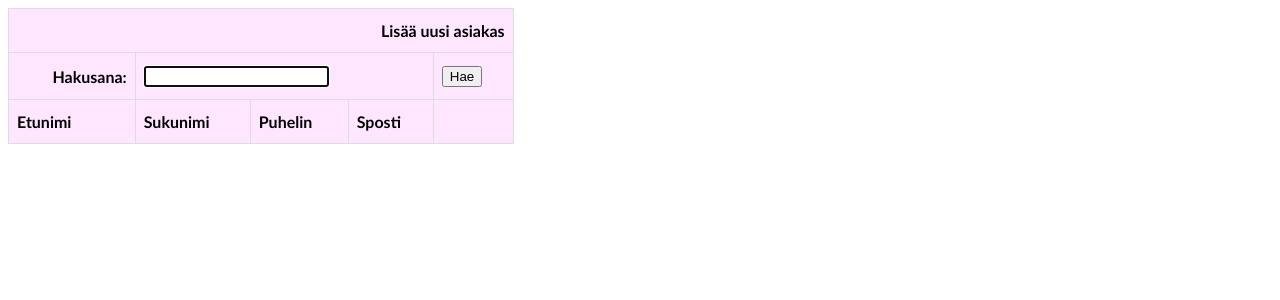
Repository: santraaj/etatehtava_7
Page: http://localhost/Asiakkaat/listaaasiakkaat.jsp
The author's editor kept a copy of each file at every save. The page is drawn from the files as they stood at one save, then again after the next save.
The browser window is 1280 px wide. The pictures show the whole page.
The page is served by Tomcat 9. Other server files are loaded and not shown.

Above is the page before, as saved 2020-05-18 16:11:40.

### Asiakkaat/WebContent/listaaasiakkaat.jsp
<%@ page language="java" contentType="text/html; charset=ISO-8859-1"
    pageEncoding="ISO-8859-1"%>
<!DOCTYPE html>
<html>
<head>
<meta charset="ISO-8859-1">
<script src="https://ajax.googleapis.com/ajax/libs/jquery/3.4.1/jquery.min.js"></script>
<link rel = "stylesheet" type = "text/css" href = "css/main.css">
<title>Asiakaslistaus</title>
</head>
<body>
<table id = "listaus">
	<thead>
		<tr>
			<th colspan = "5" class = "oikealle"><span id = "uusiAsiakas">Lisää uusi asiakas</span></th>
		</tr>
		<tr>
			<th	class = "oikealle">Hakusana:</th>
			<th class = "vasemmalle" colspan = "3"><input type = "text" id = hakusana></th>
			<th class = "vasemmalle"><input type = "button" value = "Hae" id = "haku"></th>
		</tr>
		<tr>
			<th class = "vasemmalle">Etunimi</th>
			<th class = "vasemmalle">Sukunimi</th>
			<th class = "vasemmalle">Puhelin</th>
			<th class = "vasemmalle">Sposti</th>
			<th></th>
		</tr>
	</thead>
	<tbody>
	</tbody>
</table>
<script>
$(document).ready(function() {

	$("#uusiAsiakas").click(function() {
		document.location = "lisaaasiakas.jsp";
	});

	haeAsiakkaat();
	$("#haku").click(function() {
		haeAsiakkaat();
	});

	$(document.body).on("keydown", function(event) {
		if(event.which==13) {
			haeAsiakkaat();
		}
	});

	$("#hakusana").focus();
//		haeAsiakkaat();
});

function haeAsiakkaat() {
	$("#listaus tbody").empty();
	$.ajax({url:"asiakkaat/"+$("#hakusana").val(), type:"GET", dataType:"json", success:function(result) {
		$.each(result.asiakkaat, function(i, field) {
			var htmlStr;
			htmlStr+="<tr id='rivi_"+field.asiakas_id+"'>";
			htmlStr+= "<td>" + field.etunimi + "</td>";
			htmlStr+= "<td>" + field.sukunimi + "</td>";
			htmlStr+= "<td>" + field.puhelin + "</td>";
			htmlStr+= "<td>" + field.sposti + "</td>";
			htmlStr+="<td><a href='muutaasiakas.jsp?asiakas_id="+field.asiakas_id+"'>Muuta</a>&nbsp;";
			htmlStr+="<span class='poista' onclick=poista("+field.asiakas_id+",'"+field.etunimi+"','"+field.sukunimi+"')>Poista</span></td>";
			htmlStr+= "</tr>";
			$("#listaus tbody").append(htmlStr);
		});
	}});
}

function poista(asiakas_id, etunimi, sukunimi) {
	if(confirm("Poista asiakas " + etunimi + " " + sukunimi +"?")) {
		$.ajax({url:"asiakkaat/"+asiakas_id, type:"DELETE", dataType:"json", success:function(result) {
	        if(result.response==0) {
	        	$("#ilmo").html("Asiakkaan poisto epäonnistui.");
	        } else if(result.response==1){
	        	$("#rivi_" + asiakas_id).css("background-color", "red");
	        	alert("Asiakkaan " + etunimi + " " + sukunimi +" poisto onnistui.");
				haeAsiakkaat();
			}
	    }});
	}
}
</script>
</body>
</html>

### Asiakkaat/WebContent/css/main.css
#listaus {
	font-family: "Trebuchet MS", Arial, sans-serif;
	border: 1px solid black;
	border-collapse: collapse;
	width: 40%;
}

 #tiedot table	 {
	font-family: "Trebuchet MS", Arial, sans-serif;
	border: 1px solid black;
	border-collapse: collapse;
	width: 60%;
}

#listaus thead th, #listaus tbody td, #tiedot thead th, #tiedot tbody td {
  border: 1px solid #ddd;
  padding: 8px;
}

#listaus thead th, #tiedot thead th {
	padding-top: 12px;
	padding-bottom: 12px;
	background-color: #ffe6ff;
	color: black;
}

#listaus tbody tr:nth-child(even){
	background-color: #f2f2f2;}

#listaus tbody tr:hover {background-color: #ddd;}

#tiedot tbody tr:hover {background-color: #ddd;}

.oikealle {
	text-align: right;
}

.vasemmalle {
	text-align: left;
}

#uusiAsiakas, #takaisin {
	cursor: pointer;
}

.poista {
	color: red;
	cursor: pointer;
}

### Asiakkaat/src/control/Asiakkaat.java
package control;

import java.io.IOException;
import java.io.PrintWriter;
import java.util.ArrayList;

import javax.servlet.ServletException;
import javax.servlet.annotation.WebServlet;
import javax.servlet.http.HttpServlet;
import javax.servlet.http.HttpServletRequest;
import javax.servlet.http.HttpServletResponse;

import org.json.JSONObject;

import model.Asiakas;
import model.dao.Dao;

@WebServlet("/asiakkaat/*")
public class Asiakkaat extends HttpServlet {
	private static final long serialVersionUID = 1L;

    public Asiakkaat() {
        super();
        System.out.println("Asiakkaat.Asiakkaat()");
    }

	protected void doGet(HttpServletRequest request, HttpServletResponse response) throws ServletException, IOException {
		System.out.println("Asiakkaat.doGet()");
		String pathInfo = request.getPathInfo();
		System.out.println("polku: " + pathInfo);
		String strJSON="";
		ArrayList<Asiakas> asiakkaat;
		Dao dao = new Dao();
		if(pathInfo==null) {
			asiakkaat = dao.listaaKaikki();
			strJSON = new JSONObject().put("asiakkaat", asiakkaat).toString();
		}else if(pathInfo.indexOf("haeyksi")!=-1) {
			int asiakas_id = Integer.parseInt(pathInfo.replace("/haeyksi/", ""));
			Asiakas asiakas = dao.etsiAsiakas(asiakas_id);
			if(asiakas == null) {
				strJSON = "{}";
			} else {
			JSONObject JSON = new JSONObject();
			JSON.put("asiakas_id", asiakas.getAsiakas_id());
			JSON.put("etunimi", asiakas.getEtunimi());
			JSON.put("sukunimi", asiakas.getSukunimi());
			JSON.put("puhelin", asiakas.getPuhelin());
			JSON.put("sposti", asiakas.getSposti());
			strJSON = JSON.toString();
			}
		}else {
			String hakusana = pathInfo.replace("/", "");
			asiakkaat = dao.listaaKaikki(hakusana);
			strJSON = new JSONObject().put("asiakkaat", asiakkaat).toString();
		}
		response.setContentType("application/json");
		PrintWriter out = response.getWriter();
		out.println(strJSON);
	}

	protected void doPost(HttpServletRequest request, HttpServletResponse response) throws ServletException, IOException {
		System.out.println("Asiakkaat.doPost()");
		JSONObject jsonObj = new JsonStrToObj().convert(request);
		Asiakas asiakas = new Asiakas();
//		asiakas.setAsiakas_id(jsonObj.getInt("asiakas_id"));
		asiakas.setEtunimi(jsonObj.getString("etunimi"));
		asiakas.setSukunimi(jsonObj.getString("sukunimi"));
		asiakas.setPuhelin(jsonObj.getString("puhelin"));
		asiakas.setSposti(jsonObj.getString("sposti"));
		response.setContentType("application/json");
		PrintWriter out = response.getWriter();
		Dao dao = new Dao();
		if(dao.lisaaAsiakas(asiakas)) {
			out.println("{\"response\":1}");
		} else {
			out.println("{\"response\":0}");
		}

	}

	protected void doPut(HttpServletRequest request, HttpServletResponse response) throws ServletException, IOException {
		System.out.println("Asiakkaat.doPut()");
		JSONObject jsonObj = new JsonStrToObj().convert(request);
		int asiakas_id = Integer.parseInt(jsonObj.getString("asiakas_id"));
		Asiakas asiakas = new Asiakas();
		asiakas.setAsiakas_id(jsonObj.getInt("asiakas_id"));
		asiakas.setEtunimi(jsonObj.getString("etunimi"));
		asiakas.setSukunimi(jsonObj.getString("sukunimi"));
		asiakas.setPuhelin(jsonObj.getString("puhelin"));
		asiakas.setSposti(jsonObj.getString("sposti"));
		response.setContentType("application/json");
		PrintWriter out = response.getWriter();
		Dao dao = new Dao();
		if(dao.muutaAsiakas(asiakas, asiakas_id)) {
			out.println("{\"response\":1}");
		} else {
			out.println("{\"response\":0}");
		}
	}

	protected void doDelete(HttpServletRequest request, HttpServletResponse response) throws ServletException, IOException {
		System.out.println("Asiakkaat.doDelete()");
		String pathInfo = request.getPathInfo();
		System.out.println("polku: " + pathInfo);
		int asiakas_id = 0;
		String poistettavaAsiakas_id = String.valueOf(asiakas_id);
		poistettavaAsiakas_id = pathInfo.replace("/", "");
		int poistettavaAsiakas_id_ = Integer.parseInt(poistettavaAsiakas_id);
		response.setContentType("application/json");
		PrintWriter out = response.getWriter();
		Dao dao = new Dao();
		if(dao.poistaAsiakas(poistettavaAsiakas_id_)) {
			out.println("{\"response\":1}");
		} else {
			out.println("{\"response\":0}");
		}
	}

}

### Asiakkaat/src/model/dao/Dao.java
package model.dao;

import java.sql.Connection;
import java.sql.DriverManager;
import java.sql.PreparedStatement;
import java.sql.ResultSet;
import java.util.ArrayList;
import model.Asiakas;

public class Dao {
	private Connection con = null;
	private ResultSet rs = null;
	private PreparedStatement stmtPrep = null;
	private String sql;
	private String db = "Myynti.sqlite";

	private Connection yhdista(){
    	Connection con = null;
    	String path = System.getProperty("catalina.base");
    	path = path.substring(0, path.indexOf(".metadata")).replace("\\", "/");
    	String url = "jdbc:sqlite:"+path+db;
    	try {
    		Class.forName("org.sqlite.JDBC");
	        con = DriverManager.getConnection(url);
	        System.out.println("Yhteys avattu.");
	     } catch (Exception e) {
	    	 System.out.println("Yhteyden avaus epäonnistui.");
	        e.printStackTrace();
	     }
	     return con;
	}

	public ArrayList<Asiakas> listaaKaikki() {
		ArrayList<Asiakas> asiakkaat = new ArrayList<Asiakas>();
		sql = "SELECT * FROM asiakkaat";
		try {
			con = yhdista();
			if(con != null){
				stmtPrep = con.prepareStatement(sql);
        		rs = stmtPrep.executeQuery();
				if(rs != null){
					while(rs.next()){
						Asiakas asiakas = new Asiakas();
						asiakas.setAsiakas_id(rs.getInt(1));
						asiakas.setEtunimi(rs.getString(2));
						asiakas.setSukunimi(rs.getString(3));
						asiakas.setPuhelin(rs.getString(4));
						asiakas.setSposti(rs.getString(5));
						asiakkaat.add(asiakas);
					}
				}
			}
			con.close();
		} catch (Exception e) {
			e.printStackTrace();
		}
		return asiakkaat;
	}

	public ArrayList<Asiakas> listaaKaikki(String hakusana) {
		ArrayList<Asiakas> asiakkaat = new ArrayList<Asiakas>();
		sql = "SELECT * FROM asiakkaat WHERE etunimi LIKE ? or sukunimi LIKE ? or puhelin LIKE ? or sposti LIKE ?";
		try {
			con = yhdista();
			if(con != null){
				stmtPrep = con.prepareStatement(sql);
				stmtPrep.setString(1, "%" + hakusana + "%");
				stmtPrep.setString(2, "%" + hakusana + "%");
				stmtPrep.setString(3, "%" + hakusana + "%");
				stmtPrep.setString(4, "%" + hakusana + "%");
        		rs = stmtPrep.executeQuery();
				if(rs != null){
					while(rs.next()){
						Asiakas asiakas = new Asiakas();
						asiakas.setAsiakas_id(rs.getInt(1));
						asiakas.setEtunimi(rs.getString(2));
						asiakas.setSukunimi(rs.getString(3));
						asiakas.setPuhelin(rs.getString(4));
						asiakas.setSposti(rs.getString(5));
						asiakkaat.add(asiakas);
					}
				}
			}
			con.close();
		} catch (Exception e) {
			e.printStackTrace();
		}
		return asiakkaat;
	}

	public boolean lisaaAsiakas(Asiakas asiakas){
		boolean paluuArvo=true;
		sql="INSERT INTO asiakkaat VALUES(?,?,?,?,?)";
		try {
			con = yhdista();
			stmtPrep=con.prepareStatement(sql);
			stmtPrep.setString(2, asiakas.getEtunimi());
			stmtPrep.setString(3, asiakas.getSukunimi());
			stmtPrep.setString(4, asiakas.getPuhelin());
			stmtPrep.setString(5, asiakas.getSposti());
			stmtPrep.executeUpdate();
	        con.close();
		} catch (Exception e) {
			e.printStackTrace();
			paluuArvo=false;
		}
		return paluuArvo;
	}

	public boolean poistaAsiakas(int asiakas_id) {
		boolean paluuArvo=true;
		sql="DELETE FROM asiakkaat WHERE asiakas_id=?";
		try {
			con = yhdista();
			stmtPrep=con.prepareStatement(sql);
			stmtPrep.setInt(1, asiakas_id);
			stmtPrep.executeUpdate();
	        con.close();
		} catch (Exception e) {
			e.printStackTrace();
			paluuArvo=false;
		}
		return paluuArvo;
	}

	public Asiakas etsiAsiakas(int asiakas_id) {
		Asiakas asiakas = null;
		sql = "SELECT * FROM asiakkaat WHERE asiakas_id=?";
		try {
			con=yhdista();
			if(con!=null){
				stmtPrep = con.prepareStatement(sql);
				stmtPrep.setInt(1, asiakas_id);
        		rs = stmtPrep.executeQuery();
        		if(rs.isBeforeFirst()) {
        			rs.next();
        			asiakas = new Asiakas();
        			asiakas.setAsiakas_id(rs.getInt(1));
        			asiakas.setEtunimi(rs.getString(2));
        			asiakas.setSukunimi(rs.getString(3));
        			asiakas.setPuhelin(rs.getString(4));
        			asiakas.setSposti(rs.getString(5));
				}
        		con.close();
			}
		} catch (Exception e) {
			e.printStackTrace();
		}
		return asiakas;
	}

	public boolean muutaAsiakas(Asiakas asiakas, int asiakas_id){
		boolean paluuArvo=true;
		sql="UPDATE asiakkaat SET etunimi=?, sukunimi=?, puhelin=?, sposti=? WHERE asiakas_id=?";
		try {
			con = yhdista();
			stmtPrep=con.prepareStatement(sql);
			stmtPrep.setString(1, asiakas.getEtunimi());
			stmtPrep.setString(2, asiakas.getSukunimi());
			stmtPrep.setString(3, asiakas.getPuhelin());
			stmtPrep.setString(4, asiakas.getSposti());
			stmtPrep.setInt(5, asiakas_id);
			stmtPrep.executeUpdate();
	        con.close();
		} catch (Exception e) {
			e.printStackTrace();
			paluuArvo=false;
		}
		return paluuArvo;
	}
}

### Asiakkaat/WebContent/scripts/main.js
function requestURLParam(sParam) {
    var sPageURL = window.location.search.substring(1);
    var sURLVariables = sPageURL.split("&");
    for (var i = 0; i < sURLVariables.length; i++){
        var sParameterName = sURLVariables[i].split("=");
        if(sParameterName[0] == sParam) {
            return sParameterName[1];
        }
    }
}

function formDataJsonStr(formArray) {
	var returnArray = {};
	for (var i = 0; i < formArray.length; i++) {
		returnArray[formArray[i]['name']] = formArray[i]['value'];
	}
	return JSON.stringify(returnArray);
}

After the next save:
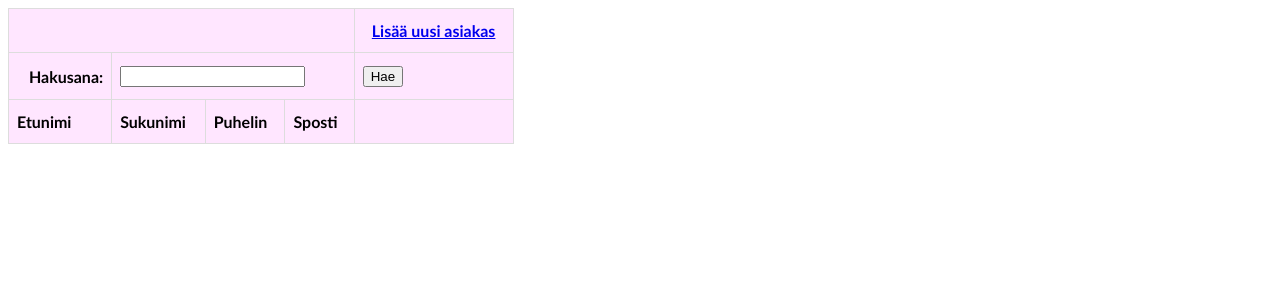
Console error: ReferenceError: $ is not defined
Saved 4 h 14 min later.
--- a/Asiakkaat/WebContent/listaaasiakkaat.jsp
+++ b/Asiakkaat/WebContent/listaaasiakkaat.jsp
@@ -4,20 +4,21 @@
 <html>
 <head>
 <meta charset="ISO-8859-1">
-<script src="https://ajax.googleapis.com/ajax/libs/jquery/3.4.1/jquery.min.js"></script>
+<script src="scripts/main.js"></script>
 <link rel = "stylesheet" type = "text/css" href = "css/main.css">
 <title>Asiakaslistaus</title>
 </head>
-<body>
+<body onkeydown="tutkiKey(event)">
 <table id = "listaus">
 	<thead>
 		<tr>
-			<th colspan = "5" class = "oikealle"><span id = "uusiAsiakas">Lisää uusi asiakas</span></th>
+			<th colspan="4" id="ilmo"></th>
+			<th><a id="uusiAsiakas" href="lisaaasiakas.jsp">Lisää uusi asiakas</a></th>
 		</tr>
 		<tr>
 			<th	class = "oikealle">Hakusana:</th>
 			<th class = "vasemmalle" colspan = "3"><input type = "text" id = hakusana></th>
-			<th class = "vasemmalle"><input type = "button" value = "Hae" id = "haku"></th>
+			<th class = "vasemmalle"><input type = "button" value = "Hae" id = "haku" onclick="haeAsiakkaat()"></th>
 		</tr>
 		<tr>
 			<th class = "vasemmalle">Etunimi</th>
@@ -27,30 +28,19 @@
 			<th></th>
 		</tr>
 	</thead>
-	<tbody>
+	<tbody id="tbody">
 	</tbody>
 </table>
 <script>
-$(document).ready(function() {
+haeAsiakkaat();
+document.getElementById("hakusana").focus();
 
-	$("#uusiAsiakas").click(function() {
-		document.location = "lisaaasiakas.jsp";
-	});
+function tutkiKey(event){
+	if(event.keyCode==13){//Enter
+		haeAsiakkaatt();
+	}
+}
 
-	haeAsiakkaat();
-	$("#haku").click(function() {
-		haeAsiakkaat();
-	});
-
-	$(document.body).on("keydown", function(event) {
-		if(event.which==13) {
-			haeAsiakkaat();
-		}
-	});
-
-	$("#hakusana").focus();
-//		haeAsiakkaat();
-});
 
 function haeAsiakkaat() {
 	$("#listaus tbody").empty();
